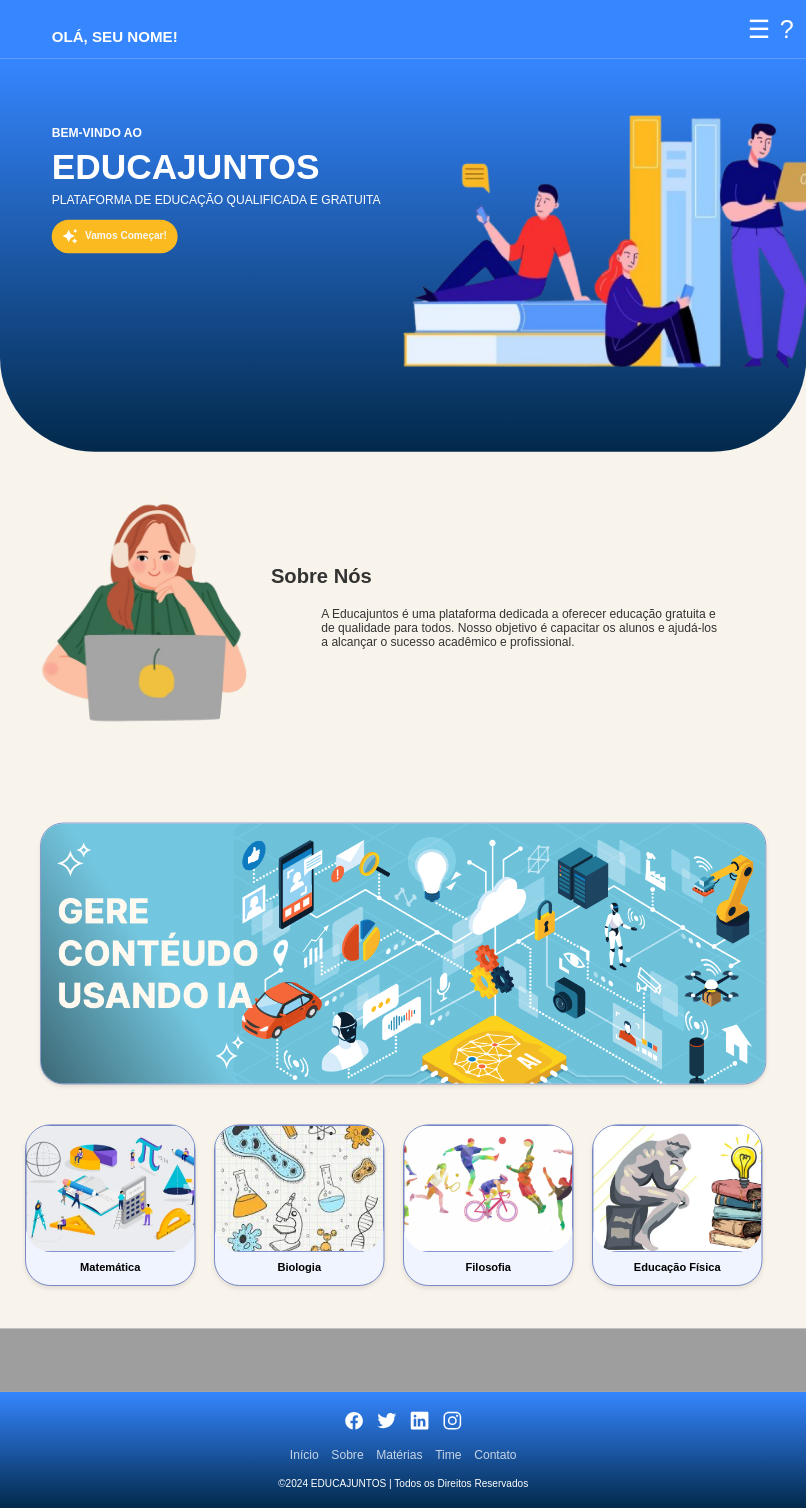
Repository: Matheus904-12/EDUCAJUNTOS
Page: inicio/index.html
An editor plug-in stored every save of this project. The page is shown before and after a run of saves, followed by the edit.
The browser window is 1280 px wide. The pictures show the whole page, at 63% of full size.
Pictures or frames that could not be fetched are drawn as grey boxes.

Above is the page before, as saved 2024-10-28 21:08:15.

### inicio/index.html
<!DOCTYPE html>
<html lang="pt-BR">

<head>
    <meta charset="UTF-8">
    <meta name="viewport" content="width=device-width, initial-scale=1.0">
    <title>Educajuntos</title>
    <link rel="stylesheet" href="style.css">
</head>

<body>
    <header>
        <h1>OLÁ, SEU NOME!</h1>
        <nav>
            <button class="menu-btn">&#9776;</button>
            <button class="help-btn">?</button>
            <div class="dropdown-menu">
                <a href="#home">Início</a>
                <a href="#sobre">Sobre</a>
                <a href="#materias">Matérias</a>
                <a href="#time">Time</a>
                <a href="#contato">Contato</a>
                <a href="mailto:seuemail@gmail.com">Ajuda</a>
            </div>
        </nav>
    </header>

    <section class="hero">
        <h2>BEM-VINDO AO</h2>
        <h3>EDUCAJUNTOS</h3>
        <p>PLATAFORMA DE EDUCAÇÃO QUALIFICADA E GRATUITA</p>
        <button class="btn">
            <svg height="24" width="24" fill="#FFFFFF" viewBox="0 0 24 24" data-name="Layer 1" id="Layer_1"
                class="sparkle">
                <path
                    d="M10,21.236,6.755,14.745.264,11.5,6.755,8.255,10,1.764l3.245,6.491L19.736,11.5l-6.491,3.245ZM18,21l1.5,3L21,21l3-1.5L21,18l-1.5-3L18,18l-3,1.5ZM19.333,4.667,20.5,7l1.167-2.333L24,3.5,21.667,2.333,20.5,0,19.333,2.333,17,3.5Z">
                </path>
            </svg>

            <span class="text">Vamos Começar!</span>
        </button>
        <div class="hero-image">
            <img src="../image/1.png" alt="Imagem ilustrativa de pessoas estudando">
        </div>

    </section>


    <section class="about">
        <div class="about-content">
            <img src="../image/8.png" alt="Imagem ilustrativa" class="about-image">
            <div class="about-text">
                <h2>Sobre Nós</h2>
                <p>A Educajuntos é uma plataforma dedicada a oferecer educação gratuita e de qualidade para todos. Nosso
                    objetivo é capacitar os alunos e ajudá-los a alcançar o sucesso acadêmico e profissional.</p>
            </div>
        </div>
    </section>
    <br>
    <br>
    <br>

    <main>

        <div class="category-card large">
            <img src="../image/7.png" alt="IA">
        </div>

        <section class="categories">
            <div class="category-card">
                <img src="../image/2.png" alt="Matemática">
                <p>Matemática</p>
                <br>
            </div>
            <div class="category-card">
                <img src="../image/3.png" alt="Biologia">
                <p>Biologia</p>
                <br>
            </div>
            <div class="category-card">
                <img src="../image/6.png" alt="Filosofia">
                <p>Filosofia</p>
                <br>
            </div>
            <div class="category-card">
                <img src="../image/5.png" alt="Educação Física">
                <p>Educação Física</p>
                <br>
            </div>
        </section>
    </main>

    <footer class="footer">
        <div class="waves">
            <div class="wave" id="wave1"></div>
            <div class="wave" id="wave2"></div>
            <div class="wave" id="wave3"></div>
            <div class="wave" id="wave4"></div>
        </div>
        <ul class="social-icon">
            <li class="social-icon__item"><a class="social-icon__link" href="#">
                    <ion-icon name="logo-facebook"></ion-icon>
                </a></li>
            <li class="social-icon__item"><a class="social-icon__link" href="#">
                    <ion-icon name="logo-twitter"></ion-icon>
                </a></li>
            <li class="social-icon__item"><a class="social-icon__link" href="#">
                    <ion-icon name="logo-linkedin"></ion-icon>
                </a></li>
            <li class="social-icon__item"><a class="social-icon__link" href="#">
                    <ion-icon name="logo-instagram"></ion-icon>
                </a></li>
        </ul>
        <ul class="menu">
            <li class="menu__item"><a class="menu__link" href="#">Início</a></li>
            <li class="menu__item"><a class="menu__link" href="#">Sobre</a></li>
            <li class="menu__item"><a class="menu__link" href="#">Matérias</a></li>
            <li class="menu__item"><a class="menu__link" href="#">Time</a></li>
            <li class="menu__item"><a class="menu__link" href="#">Contato</a></li>

        </ul>
        <p>&copy;2024 EDUCAJUNTOS | Todos os Direitos Reservados</p>
    </footer>
    <script type="module" src="https://unpkg.com/ionicons@5.5.2/dist/ionicons/ionicons.esm.js"></script>
    <script nomodule src="https://unpkg.com/ionicons@5.5.2/dist/ionicons/ionicons.js"></script>

    <script>
        // Redireciona para a tela de login ao clicar no botão "Vamos Começar"
        function goToLogin() {
            window.location.href = "tela-de-login.html"; // Substitua com o caminho correto da sua página de login
        }

        // Controla o dropdown do menu hamburguer
        document.addEventListener("DOMContentLoaded", function () {
            const menuBtn = document.querySelector(".menu-btn");
            const dropdownMenu = document.querySelector(".dropdown-menu");

            menuBtn.addEventListener("click", () => {
                // Alterna a visibilidade do menu dropdown
                if (dropdownMenu.style.display === "none" || dropdownMenu.style.display === "") {
                    dropdownMenu.style.display = "flex";
                    dropdownMenu.style.flexDirection = "column";
                    dropdownMenu.style.gap = "10px";
                } else {
                    dropdownMenu.style.display = "none";
                }
            });
        });
    </script>


</body>

</html>

### inicio/style.css
* {
    margin: 0;
    padding: 0;
    box-sizing: border-box;
    font-family: Arial, sans-serif;
}

body {
    background-color: #F8F4EB;
    color: #333;
}

header {
    background-color: #3586ff;
    color: #fff;
    padding: 20px;
    display: flex;
    justify-content: space-between;
    align-items: center;
}

header h1 {
    font-size: 1.5em;
    margin-left: 5%;
    margin-top: 2%;
}

nav {
    display: flex;
    gap: 15px;
}

.menu-btn,
.help-btn {
    background: none;
    border: none;
    color: #fff;
    font-size: 2.5em;
    cursor: pointer;
}

/* Hero Section with Rounded Bottom Borders and Centered Image */
.hero {
    background: linear-gradient(#3586ff, #02294b);
    color: #fff;
    padding: 45px 20px;
    border-bottom-left-radius: 150px;
    border-bottom-right-radius: 150px;
    position: relative;
    display: flex;
    flex-direction: column;
    align-items: flex-start;
    overflow: hidden;

}

.hero h2 {
    font-size: 1.2em;
    margin-bottom: 10px;
    font-weight: bold;
    margin-left: 5%;
    margin-top: 5%;
}

.hero h3 {
    font-size: 3.5em;
    margin-bottom: 10px;
    font-weight: bold;
    margin-left: 5%;
}

.hero p {
    font-size: 1.2em;
    margin-bottom: 20px;
    margin-left: 5%;
}

.hero-image {
    display: flex;
    margin-left: 45%;
    width: 782px;
    height: 580px;
    margin-top: -25%;
}

.hero-image img {
    width: 100%;
    height: auto;
    border-radius: 0 0 150px 150px;
}

/* Categories Section */
.categories {
    display: grid;
    grid-template-columns: repeat(4, 1fr);
    gap: 0px;
    padding: 40px;
}

.category-card {
    background-color: #F0F4FF;
    /* Cor de fundo suave */
    border: 1px solid #334EAC;
    /* Contorno azul */
    border-radius: 40px;
    text-align: center;
    box-shadow: 0px 4px 8px rgba(0, 0, 0, 0.1);
    width: 90%;
    height: 100%;

}

.category-card img {
    width: 100%;
    border-radius: 40px;
    margin-top: 0px;
}

.category-card p {
    margin-top: 10px;
    font-size: 1.1em;
    font-weight: bold;
    color: #000000;
}

/* Ajuste do card para o modo grande */
.category-card.large {
    grid-column: span 2;
    display: flex;
    justify-content: center;
    align-items: center;
    font-size: 1.5em;
    font-weight: bold;
    width: 100%;
    transform: scale(90%);
    border-radius: 40px;
}

/* From Uiverse.io by AlimurtuzaCodes */
.btn {
    border: none;
    width: 15em;
    height: 4em;
    border-radius: 3em;
    display: flex;
    justify-content: center;
    align-items: center;
    gap: 12px;
    background: #fbba20;
    cursor: pointer;
    transition: all 450ms ease-in-out;
    margin-left: 5%;
}

.sparkle {
    fill: #ffffff;
    transition: all 800ms ease;
}

.text {
    font-weight: 600;
    color: #f8f8f8;
    font-size: medium;
}

.btn:hover {
    background: linear-gradient(0deg, #cca152);
    box-shadow: inset 0px 1px 0px 0px rgba(255, 255, 255, 0.4),
        inset 0px -4px 0px 0px rgba(0, 0, 0, 0.2),
        0px 0px 0px 4px rgba(255, 255, 255, 0.2),
        0px 0px 180px 0px #334EAC;
    transform: translateY(-2px);
}

.btn:hover .text {
    color: white;
}

.btn:hover .sparkle {
    fill: white;
    transform: scale(1.2);
}

.footer {
    position: relative;
    width: 100%;
    background: linear-gradient(#3586ff, #02294b);
    min-height: 100px;
    padding: 20px 50px;
    display: flex;
    justify-content: center;
    align-items: center;
    flex-direction: column;
    margin-top: 10%;
}

.social-icon,
.menu {
    position: relative;
    display: flex;
    justify-content: center;
    align-items: center;
    margin: 10px 0;
    flex-wrap: wrap;
}

.social-icon__item,
.menu__item {
    list-style: none;
}

.social-icon__link {
    font-size: 2rem;
    color: #fff;
    margin: 0 10px;
    display: inline-block;
    transition: 0.5s;
}

.social-icon__link:hover {
    transform: translateY(-10px);
}

.menu__link {
    font-size: 1.2rem;
    color: #fff;
    margin: 0 10px;
    display: inline-block;
    transition: 0.5s;
    text-decoration: none;
    opacity: 0.75;
    font-weight: 300;
}

.menu__link:hover {
    opacity: 1;
}

.footer p {
    color: #fff;
    margin: 15px 0 10px 0;
    font-size: 1rem;
    font-weight: 300;
}

.wave {
    position: absolute;
    top: -100px;
    left: 0;
    width: 100%;
    height: 100px;
    background: url("https://i.ibb.co/wQZVxxk/wave.png");
    background-size: 1000px 100px;
}

.wave#wave1 {
    z-index: 1000;
    opacity: 1;
    bottom: 0;
    animation: animateWaves 4s linear infinite;
}

.wave#wave2 {
    z-index: 999;
    opacity: 0.5;
    bottom: 10px;
    animation: animate 4s linear infinite !important;
}

.wave#wave3 {
    z-index: 1000;
    opacity: 0.2;
    bottom: 15px;
    animation: animateWaves 3s linear infinite;
}

.wave#wave4 {
    z-index: 999;
    opacity: 0.7;
    bottom: 20px;
    animation: animate 3s linear infinite;
}

@keyframes animateWaves {
    0% {
        background-position-x: 1000px;
    }

    100% {
        background-positon-x: 0px;
    }
}

@keyframes animate {
    0% {
        background-position-x: -1000px;
    }

    100% {
        background-positon-x: 0px;
    }
}

/* Estilo para a seção Sobre Nós */
.about {
    display: flex;
    align-items: center;
    justify-content: center;
    padding: 60px;
}

.about-content {
    display: flex;
    align-items: center;
    gap: 20px;
}

.about-image {
    width: 350px;
    border-radius: 10px;
}

.about-text h2 {
    font-size: 2em;
    margin-bottom: 10px;
}

.about-text p {
    font-size: 1.2em;
    color: #333;
    padding: 20px 80px;
}

/* Estilo do menu dropdown */
.dropdown-menu {
    display: none;
    position: absolute;
    top: 60px;
    right: 20px;
    background-color: #3586ff;
    padding: 10px;
    border-radius: 8px;
    box-shadow: 0 4px 8px rgba(0, 0, 0, 0.2);
    z-index: 100;
    flex-direction: column;
    gap: 10px;
}

.dropdown-menu a {
    color: white;
    text-decoration: none;
    padding: 8px;
    display: block;
    text-align: center;
    background-color: #02294b;
    border-radius: 4px;
    transition: background-color 0.3s;
}

.dropdown-menu a:hover {
    background-color: #1e4e8c;
}

/* Exibir menu dropdown ao clicar */
.menu-btn.active + .dropdown-menu {
    display: flex;
}

After the next 2 saves:
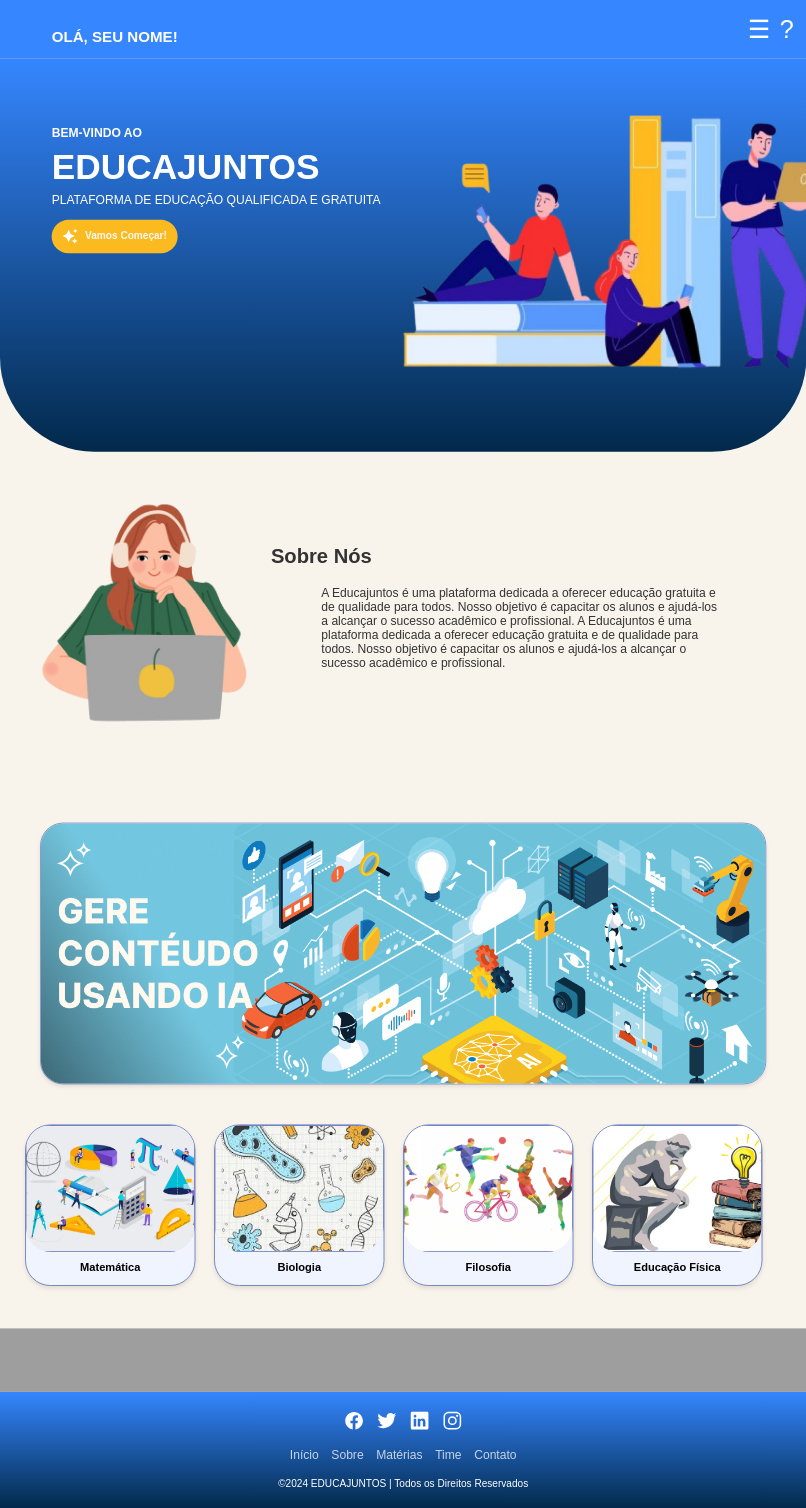
The 2 saves are shown as one change because they came seconds apart.
The last was saved 27 s later.
--- a/inicio/index.html
+++ b/inicio/index.html
@@ -52,6 +52,8 @@
             <div class="about-text">
                 <h2>Sobre Nós</h2>
                 <p>A Educajuntos é uma plataforma dedicada a oferecer educação gratuita e de qualidade para todos. Nosso
+                    objetivo é capacitar os alunos e ajudá-los a alcançar o sucesso acadêmico e profissional.
+                    A Educajuntos é uma plataforma dedicada a oferecer educação gratuita e de qualidade para todos. Nosso
                     objetivo é capacitar os alunos e ajudá-los a alcançar o sucesso acadêmico e profissional.</p>
             </div>
         </div>
